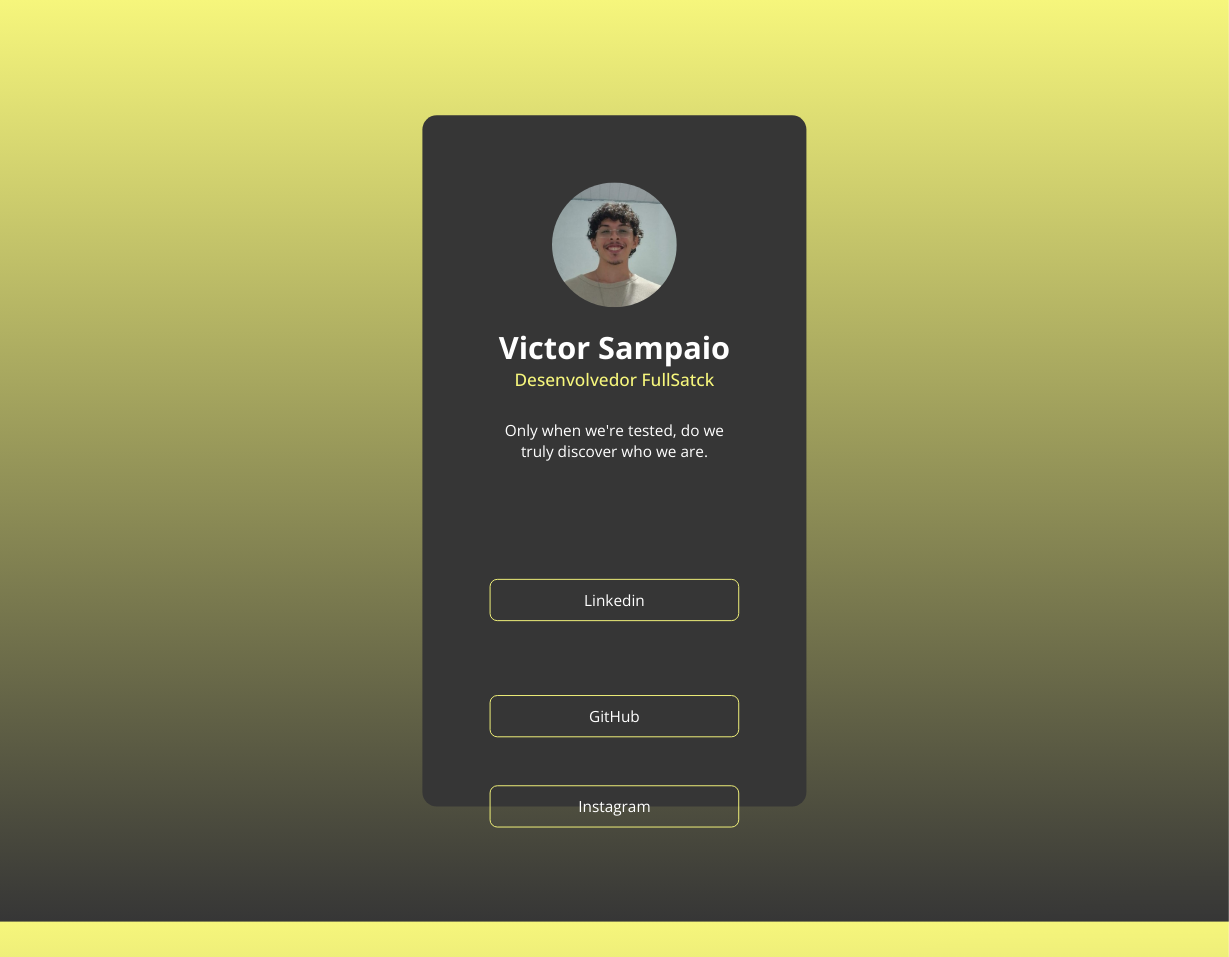
Repository: VictorSampaioDev/linkthree-gt9
Page: index.html
An editor plug-in stored every save of this project. The page is shown before and after a run of saves, followed by the edit.
The browser window is 1280 px wide. The pictures show the whole page, at 96% of full size.

Above is the page before, as saved 2025-04-11 10:02:22.

### index.html
<!DOCTYPE html>
<html lang="pt-br">
<head>
    <meta charset="UTF-8">
    <meta name="viewport" content="width=device-width, initial-scale=1.0">
    <title>linkthree JV</title>
    <link rel="stylesheet" href="style.css">
    <link rel="preconnect" href="https://fonts.googleapis.com">
    <link rel="preconnect" href="https://fonts.gstatic.com" crossorigin>
    <link href="https://fonts.googleapis.com/css2?family=Open+Sans:ital,wght@0,300..800;1,300..800&display=swap" rel="stylesheet">
</head>
<body>
    <div class="container-main">

        <div class="container-image">
            <img src="./assets/image-profile.jpeg" alt="Foto de Perfil">
        </div>

      <div class="container-infos">
        <h1>Victor Sampaio</h1>
        <h2>Desenvolvedor FullSatck</h2>
      </div>

      <div class="container-paragrafo">
        <p>
            Only when we're tested, do we truly discover who we are.
        </p>
      </div>

      <div class="container-social-links">
        <ul>

                <a href="https://www.linkedin.com/in/joao-victor-sampaio-30a556355/" target="_blank">
                   <li> Linkedin</li>
                </a>

            <li>
                <a href="https://github.com/VictorSampaioDev" target="_blank">
                    GitHub
                </a>
            </li>
            <li>
                <a href="https://www.instagram.com/jovetorr" target="_blank">
                    Instagram
                </a>
            </li>
        </ul>
    </div>
</body>
</html>

### style.css
* {
    font-family: "Open Sans", sans-serif;
    margin: 0;
    padding: 0;
    box-sizing: border-box;
}
body{
    background: linear-gradient(
        to bottom,
        rgb(246, 246, 124),
        rgb(54, 54, 54)
    );
}
.container-main{
    background-color: #363636;
    width: 400px;
    height: 720px;
    box-sizing: border-box;
    margin: 120px auto;
    padding: 70px;
    border-radius: 15px;
    text-align: center;
}
.container-image{

    & img{
       width: 130px;
       border-radius: 100%;
    }
}
.container-infos{
    margin-top: 15px;
    margin-bottom: 10px;
}
.container-infos h1{
    font-weight: 700;
    color: white;
}
.container-infos h2{
    font-weight: 500;
    font-size: 18px;
    color: rgb(246, 246, 124);
}
.container-paragrafo{
    margin-top: 30px;
    color: white;
}
.container-social-links ul {
    padding-bottom: 50%;
    margin-top: 50px;
    list-style-type: none;
}
.container-social-links li {
    margin-bottom: 5px;
    margin-top: 50px;
    border: 1px solid rgb(246, 246, 124);
    border-radius: 8px;
    padding: 10px;
    transition: background-color 0.3s;
  }
  .container-social-links li:hover{
    background-color: rgb(246, 246, 124)
  }

.container-social-links a {
    padding: 10px;
    text-decoration: none;
    color: white;
    transition: color 0.3s;
}
.container-social-links li:hover a{
    color: black;
  }

After the next 2 saves:
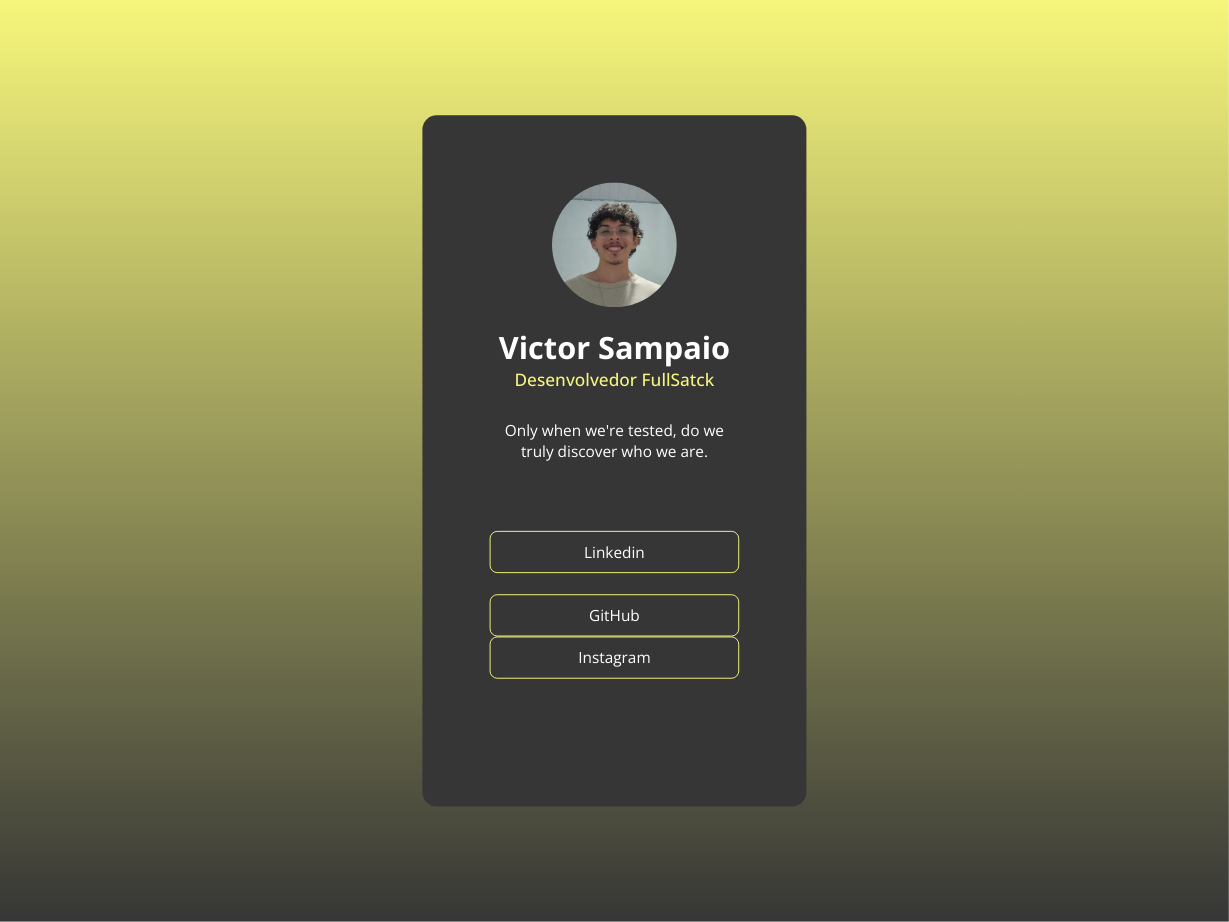
The 2 saves are shown as one change because they came seconds apart.
The last was saved 21 s later.
--- a/style.css
+++ b/style.css
@@ -51,8 +51,7 @@
     list-style-type: none;
 }
 .container-social-links li {
-    margin-bottom: 5px;
-    margin-top: 50px;
+
     border: 1px solid rgb(246, 246, 124);
     border-radius: 8px;
     padding: 10px;
@@ -67,6 +66,8 @@
     text-decoration: none;
     color: white;
     transition: color 0.3s;
+    margin-bottom: 5px;
+    margin-top: 50px;
 }
 .container-social-links li:hover a{
     color: black;

After the save that followed:
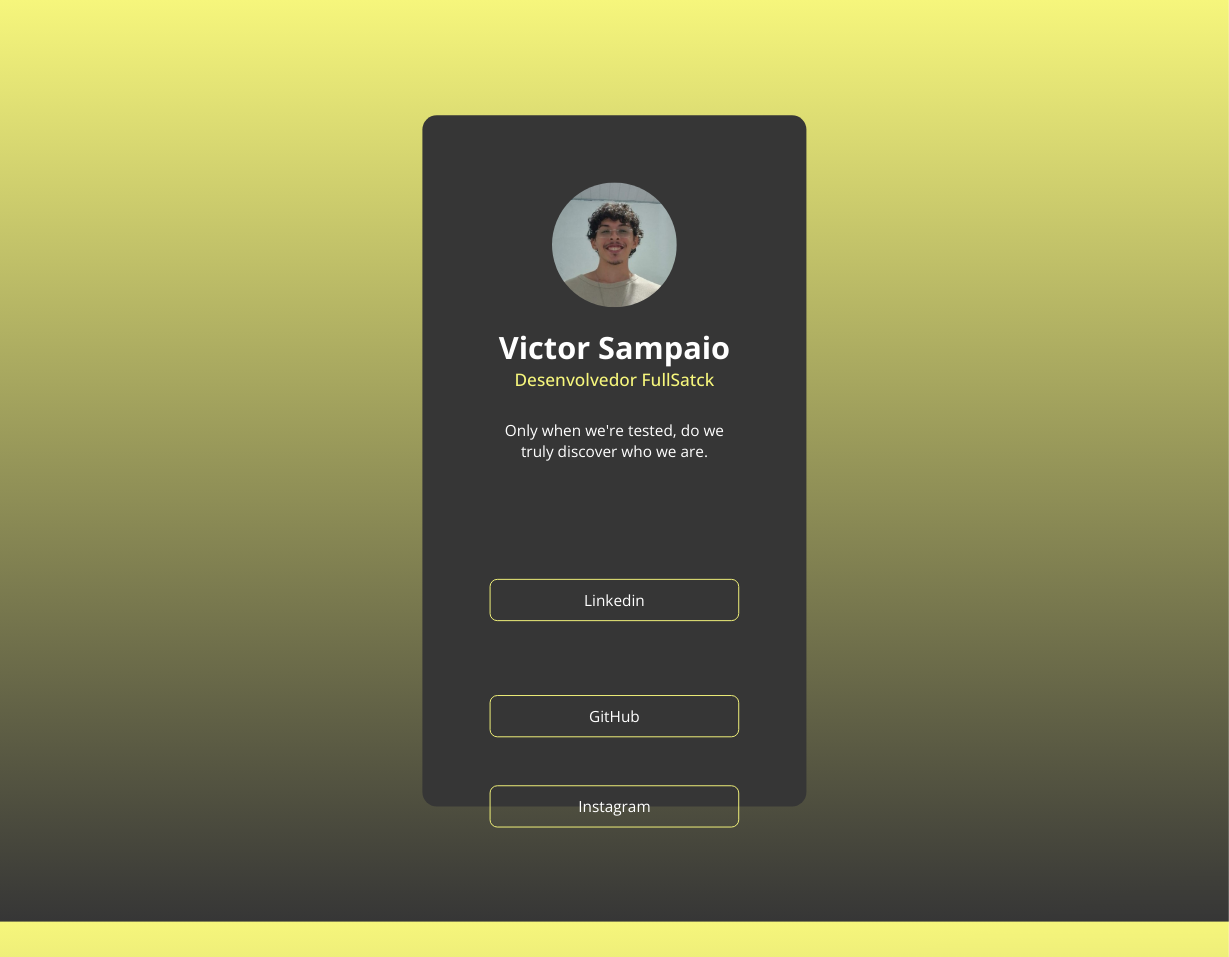
Saved 12 s later.
--- a/style.css
+++ b/style.css
@@ -51,7 +51,8 @@
     list-style-type: none;
 }
 .container-social-links li {
-
+    margin-bottom: 5px;
+    margin-top: 50px;
     border: 1px solid rgb(246, 246, 124);
     border-radius: 8px;
     padding: 10px;
@@ -66,8 +67,6 @@
     text-decoration: none;
     color: white;
     transition: color 0.3s;
-    margin-bottom: 5px;
-    margin-top: 50px;
 }
 .container-social-links li:hover a{
     color: black;
